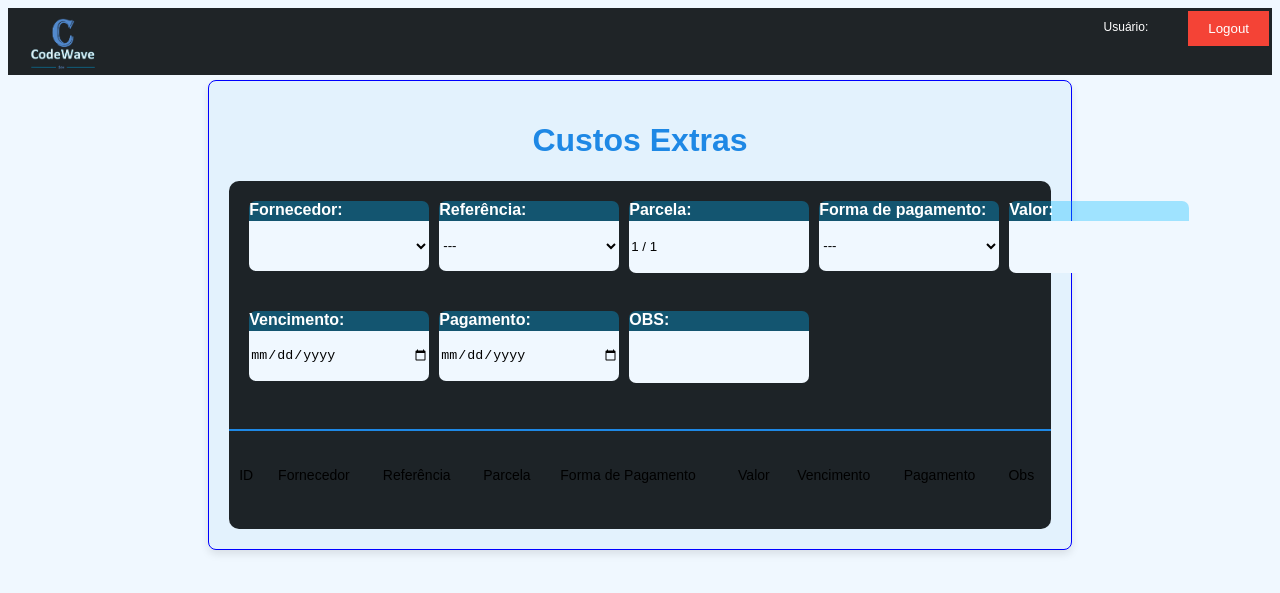
Repository: Romario-Brandao/CodeWave
Page: myproject/loja/templates/outras_despesas.html
The author's editor kept a copy of each file at every save. The page is drawn from the files as they stood at one save, then again after the next save.
The browser window is 1280 px wide. The pictures show the whole page.
The template is drawn by Django 5.2. The application's start-up code is not run. The template is opened directly, without the code that normally fills it, so the values that code supplies are empty.

Above is the page before, as saved 2025-03-01 01:30:48.

After the next save:
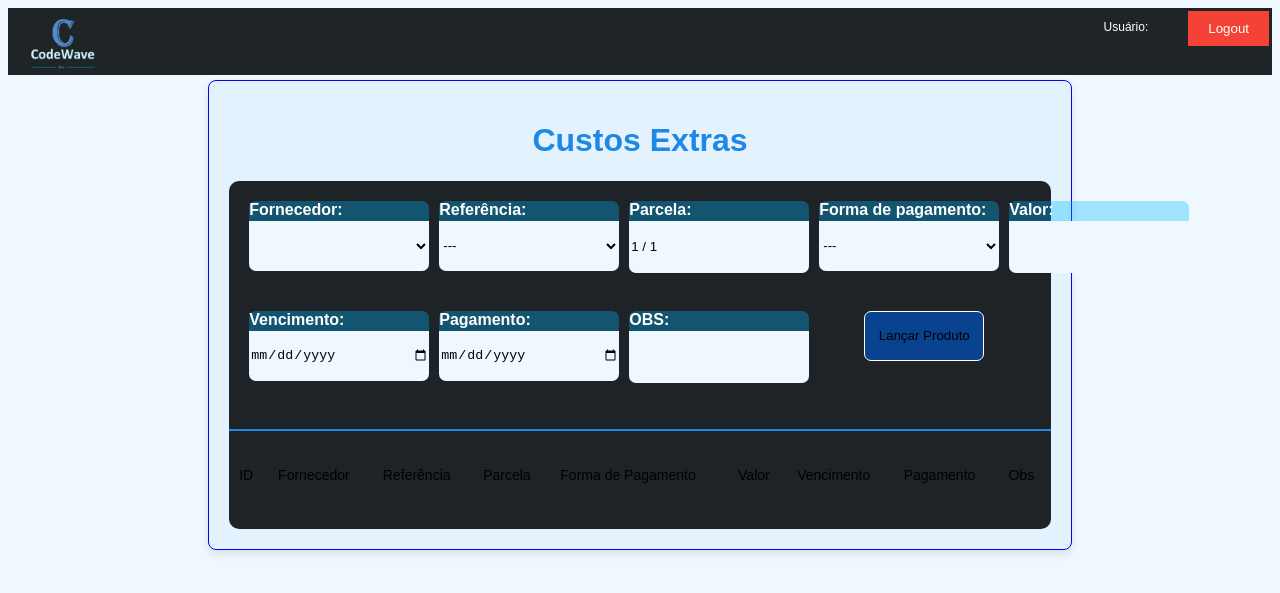
Saved 43 s later.
--- a/myproject/loja/templates/outras_despesas.html
+++ b/myproject/loja/templates/outras_despesas.html
@@ -60,7 +60,9 @@
         <input class="caixa2_parcelas" type="text" name="obs"
         name="obs">
       </div>
-
+      <div class="caixa_botoes">
+        <input class="butao_servico" type="submit" name="acao" value="Lançar Produto">
+      </div>
     </div>
     <hr>
     <br>
